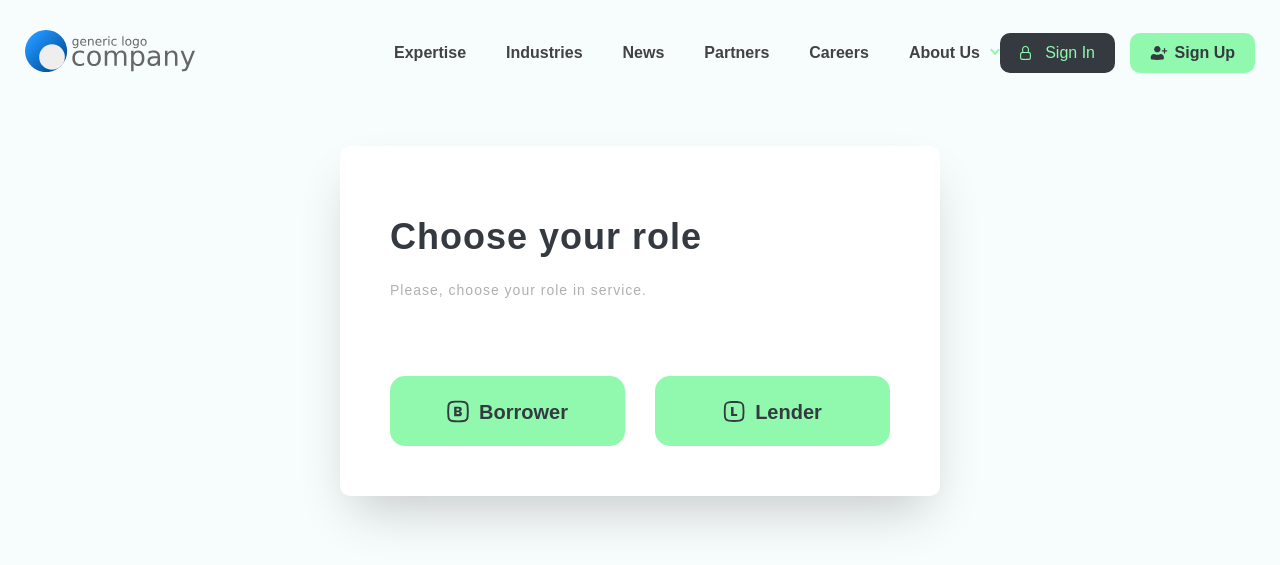
Repository: Andriy-Ma/widgetTask
Page: /
An editor plug-in stored every save of this project. The page is shown before and after the next save, followed by the edit.
The browser window is 1280 px wide. The pictures show the whole page.
The page's requests for data from a server got no answer. Some web fonts or font styles are not loaded; a fallback is used. The project was rebuilt for these pictures with package versions that can differ from the ones it lists, and the page was loaded fresh each time. No one was signed in, and anything a server would have sent is missing. Also part of the build but not shown: src/components/Main/SelectedRoleForm/selectedRoleForm.module.css, src/components/Main/SelectedRoleForm/selectedRoleForm.jsx, src/components/Main/AgreeForm/agreeForm.module.css, src/components/Main/AgreeForm/agreeForm.jsx.

Above is the page before, as saved 2022-08-30 14:58:28.

### public/index.html
<!DOCTYPE html>
<html lang="en">
  <head>
    <meta charset="utf-8" />
    <link rel="icon" href="%PUBLIC_URL%/favicon.ico" />
    <link rel="stylesheet" href="https://use.typekit.net/clw7fgu.css">
    <meta name="viewport" content="width=device-width, initial-scale=1">
    <link rel="stylesheet" href="https://cdnjs.cloudflare.com/ajax/libs/font-awesome/4.7.0/css/font-awesome.min.css">
    <meta name="theme-color" content="#000000" />
    <meta
      name="description"
      content="Web site created using create-react-app"
    />
    <link rel="apple-touch-icon" href="%PUBLIC_URL%/logo192.png" />
    <!--
      manifest.json provides metadata used when your web app is installed on a
      user's mobile device or desktop. See https://developers.google.com/web/fundamentals/web-app-manifest/
    -->
    <link rel="manifest" href="%PUBLIC_URL%/manifest.json" />
    <!--
      Notice the use of %PUBLIC_URL% in the tags above.
      It will be replaced with the URL of the `public` folder during the build.
      Only files inside the `public` folder can be referenced from the HTML.

      Unlike "/favicon.ico" or "favicon.ico", "%PUBLIC_URL%/favicon.ico" will
      work correctly both with client-side routing and a non-root public URL.
      Learn how to configure a non-root public URL by running `npm run build`.
    -->
    <title>React App</title>
  </head>
  <body>
    <noscript>You need to enable JavaScript to run this app.</noscript>
    <div id="root"></div>
    <!--
      This HTML file is a template.
      If you open it directly in the browser, you will see an empty page.

      You can add webfonts, meta tags, or analytics to this file.
      The build step will place the bundled scripts into the <body> tag.

      To begin the development, run `npm start` or `yarn start`.
      To create a production bundle, use `npm run build` or `yarn build`.
    -->
  </body>
</html>

### src/index.css
* {
  box-sizing: border-box;
  margin: 0;
  padding: 0;
}
body {
  font-family: 'Poppins', sans-serif;
  background-color: #f7fcfd;
  -webkit-font-smoothing: antialiased;
  -moz-osx-font-smoothing: grayscale;
}

### src/App.js
import React from 'react';
import styles from './App.module.css';
import Header from './components/Header/header';
import MainBlock from './components/Main/main';

function App() {
  return (
    <div className={styles.container}>
      <Header/>
      <MainBlock/>
    </div>
  );
}

export default App;

### src/App.module.css
.container {
    display: block;
    align-items: center;
    justify-content: center;
    padding-left: 15%;
    padding-right: 15%;
}

@media (max-width: 1800px) {
    .container {
        padding: 0% 10%;
    }
 }

@media (max-width: 1500px) {
    .container {
        padding: 0% 5%;
    }
 }
 @media (max-width: 1350px) {
    .container {
        padding: 0px 25px;
    }
 }
 @media (max-width: 1200px) {
    .container {
        padding: 0% 10%;
    }
 }

### src/components/Header/header.jsx
import React from 'react';
import Icon from './img/logo-generic';
import {ReactComponent as Lock} from './img/lock.svg';
import {ReactComponent as SignUp} from './img/signup.svg';
import styles from './header.module.css';

function Header() {
  return (
    <div className={styles.header}>
        <div className={styles.logo}>
          <a href="#home">
            <Icon/>
          </a>
        </div>
        <a href="menu" className={styles.icon} >
            <i class="fa fa-bars"></i>
          </a>
        <div className={styles.halfOfHeader}>
          <div className={styles.middleOfHeader}>
            <a href="#expertise">Expertise</a>
            <a href="#industries">Industries</a>
            <a href="#news">News</a>
            <a href="#partners">Partners</a>
            <a href="#careers">Careers</a>
            <a href="#aboutus" className={styles.aboutUs}>About Us</a>
          </div>
          <div className={styles.buttonsHeader}>
            <div className={styles.signin}>
              <Lock/>
              <p>Sign In</p>
            </div>
            <div className={styles.signup}>
              <SignUp/>
              <p>Sign Up</p>
            </div>
          </div>
        </div>
    </div>
  )
}

export default Header;

### src/components/Main/main.jsx
import React,{useState, useEffect} from 'react';
import styles from './main.module.css';
import ChooseForm from './ChooseForm/chooseForm';
import SelectedRoleForm from './SelectedRoleForm/selectedRoleForm';
import AgreeForm from './AgreeForm/agreeForm';

function MainBlock() {

  const [selectedRole, setSelectedRole] = useState('');
  const [showAgreeForm, setShowAgreeForm] = useState(false);
  const [initialText, setInitialText] = useState('');

  useEffect(() => {
    fetch('https://60c74df306f3160017d29000.mockapi.io/api/v1/tossource')
    .then((response) => {
      return response.json();
    })
    .then((data) => {
      const text = data.map(lorem => lorem.text);
      setInitialText(text[0]);
    });
  },[]);

  return (
    <div className={styles.container}>
        {
          !selectedRole ?
            <ChooseForm getRole={setSelectedRole}/>
          : showAgreeForm ?
            <AgreeForm
              showForm={setShowAgreeForm}
              text={initialText}
            />
          :
            <SelectedRoleForm
              role={selectedRole}
              getRole={setSelectedRole}
              showForm={setShowAgreeForm}
            />
        }
    </div>
  )
}

export default MainBlock;

### src/components/Header/img/logo-generic.jsx
import React from "react";

function Icon() {
  return (
    <svg
      xmlns="http://www.w3.org/2000/svg"
      version="1.1"
      viewBox="0 0 1425.8 353.74"
    >
      <defs>
        <linearGradient
          id="linearGradient5311"
          x1="-467.57"
          x2="-469.87"
          y1="-68.973"
          y2="488.43"
          gradientUnits="userSpaceOnUse"
        >
          <stop offset="0" stopColor="#2294fe"></stop>
          <stop offset="1" stopColor="#014f96"></stop>
        </linearGradient>
      </defs>
      <g transform="translate(364.43 8.482)">
        <g>
          <g fill="#666" transform="translate(-14.426 -21.336)">
            <path d="M145.49 192.37v19.095c-5.773-3.182-11.583-5.55-17.43-7.105a64.331 64.331 0 00-17.541-2.443c-13.248 0-23.536 4.22-30.863 12.657-7.327 8.363-10.991 20.13-10.991 35.304 0 15.172 3.663 26.977 10.991 35.415 7.327 8.363 17.615 12.545 30.863 12.545 5.92 0 11.768-.778 17.541-2.332 5.847-1.628 11.657-4.033 17.43-7.216v18.873a83.693 83.693 0 01-17.763 5.995c-6.07 1.332-12.545 1.998-19.428 1.998-18.725 0-33.601-5.884-44.629-17.652s-16.542-27.643-16.542-47.627c0-20.279 5.55-36.229 16.653-47.849 11.176-11.62 26.459-17.43 45.85-17.43 6.29 0 12.434.666 18.429 1.999a81.647 81.647 0 0117.43 5.772"></path>
            <path d="M228.98 201.92c-10.954 0-19.613 4.293-25.978 12.878-6.365 8.511-9.548 20.205-9.548 35.082 0 14.876 3.146 26.607 9.437 35.193 6.365 8.511 15.061 12.767 26.089 12.767 10.88 0 19.502-4.293 25.867-12.878 6.365-8.585 9.547-20.279 9.547-35.082 0-14.728-3.182-26.385-9.547-34.971-6.365-8.66-14.987-12.989-25.867-12.989m0-17.319c17.763 0 31.714 5.773 41.854 17.319s15.209 27.532 15.209 47.96c0 20.353-5.07 36.34-15.209 47.96-10.14 11.546-24.091 17.319-41.854 17.319-17.837 0-31.825-5.773-41.965-17.319-10.066-11.62-15.098-27.606-15.098-47.96 0-20.427 5.033-36.414 15.098-47.96 10.14-11.546 24.128-17.319 41.965-17.319"></path>
            <path d="M416.6 211.46c5.107-9.177 11.213-15.949 18.318-20.316 7.105-4.367 15.468-6.55 25.09-6.55 12.952 0 22.943 4.552 29.975 13.655 7.03 9.03 10.546 21.908 10.547 38.634v75.048h-20.538v-74.382c0-11.916-2.11-20.76-6.328-26.533-4.219-5.773-10.658-8.66-19.317-8.66-10.584 0-18.947 3.516-25.09 10.548-6.143 7.03-9.215 16.616-9.214 28.754v70.274h-20.538V237.55c0-11.99-2.11-20.834-6.328-26.533-4.22-5.773-10.732-8.66-19.54-8.66-10.435 0-18.724 3.553-24.867 10.658-6.143 7.031-9.215 16.58-9.215 28.643v70.274h-20.538v-124.34h20.538v19.317c4.663-7.623 10.251-13.248 16.764-16.875 6.513-3.626 14.247-5.44 23.203-5.44 9.03 0 16.69 2.295 22.981 6.883 6.365 4.59 11.065 11.25 14.099 19.983"></path>
            <path d="M560.7 293.28v65.945h-20.538v-171.63H560.7v18.873c4.293-7.401 9.695-12.878 16.209-16.431 6.587-3.627 14.432-5.44 23.536-5.44 15.098 0 27.347 5.995 36.747 17.985 9.473 11.99 14.21 27.755 14.21 47.294 0 19.54-4.737 35.304-14.21 47.294-9.4 11.99-21.649 17.985-36.747 17.985-9.104 0-16.949-1.776-23.536-5.329-6.513-3.626-11.916-9.14-16.209-16.542m69.497-43.408c0-15.024-3.109-26.792-9.326-35.304-6.143-8.585-14.617-12.878-25.423-12.878-10.806 0-19.317 4.293-25.534 12.878-6.143 8.512-9.214 20.28-9.214 35.304 0 15.024 3.071 26.83 9.214 35.415 6.217 8.512 14.728 12.767 25.534 12.767s19.28-4.255 25.423-12.767c6.217-8.585 9.326-20.39 9.326-35.415"></path>
            <path d="M741.77 249.43c-16.505 0-27.94 1.887-34.304 5.662-6.365 3.775-9.548 10.214-9.547 19.317 0 7.253 2.368 13.026 7.105 17.319 4.81 4.219 11.324 6.328 19.539 6.328 11.324 0 20.39-3.997 27.199-11.99 6.883-8.067 10.325-18.762 10.325-32.084v-4.552H741.77m40.744-8.437v70.94h-20.427V293.06c-4.663 7.549-10.473 13.137-17.43 16.764-6.958 3.552-15.47 5.329-25.534 5.329-12.73 0-22.87-3.553-30.42-10.658-7.475-7.18-11.212-16.764-11.212-28.754 0-13.988 4.662-24.535 13.988-31.64 9.4-7.106 23.388-10.658 41.965-10.658h28.643v-1.999c0-9.4-3.109-16.653-9.326-21.759-6.143-5.18-14.802-7.77-25.978-7.77-7.105 0-14.025.85-20.76 2.552-6.735 1.703-13.21 4.256-19.428 7.66v-18.872c7.475-2.887 14.728-5.033 21.76-6.44 7.03-1.48 13.876-2.22 20.537-2.22 17.985 0 31.418 4.663 40.3 13.988 8.88 9.326 13.321 23.462 13.321 42.41"></path>
            <path d="M928.5 236.89v75.048h-20.427v-74.382c0-11.768-2.295-20.575-6.883-26.422-4.589-5.847-11.472-8.77-20.65-8.77-11.027 0-19.723 3.515-26.088 10.547-6.365 7.03-9.548 16.616-9.548 28.754v70.274h-20.538v-124.34h20.538v19.317c4.885-7.476 10.621-13.063 17.208-16.764 6.661-3.7 14.321-5.551 22.981-5.551 14.284 0 25.09 4.44 32.417 13.322 7.327 8.807 10.991 21.797 10.991 38.967"></path>
            <path d="M1021.2 323.48c-5.773 14.802-11.398 24.461-16.875 28.976-5.477 4.515-12.804 6.772-21.981 6.772h-16.32v-17.097h11.99c5.625 0 9.992-1.332 13.1-3.996s6.55-8.956 10.325-18.873l3.664-9.326-50.291-122.34h21.648l38.856 97.252 38.856-97.252h21.648l-54.621 135.89"></path>
          </g>
          <g fill="#666" transform="translate(-416.34 -21.336)">
            <path d="M489.95 115.06c0-6.675-1.385-11.848-4.155-15.519-2.737-3.671-6.592-5.507-11.564-5.507-4.94 0-8.794 1.836-11.564 5.507-2.737 3.671-4.105 8.844-4.105 15.519 0 6.642 1.368 11.798 4.105 15.469 2.77 3.671 6.625 5.507 11.564 5.507 4.973 0 8.827-1.836 11.564-5.507 2.77-3.671 4.155-8.828 4.155-15.469m9.211 21.727c0 9.545-2.119 16.637-6.357 21.276-4.24 4.672-10.73 7.009-19.474 7.009-3.238 0-6.292-.25-9.162-.751a44.69 44.69 0 01-8.36-2.203v-8.961c2.703 1.468 5.373 2.553 8.01 3.254 2.636.7 5.323 1.051 8.06 1.051 6.04 0 10.563-1.585 13.567-4.756 3.004-3.137 4.505-7.893 4.505-14.268v-4.555c-1.902 3.304-4.338 5.774-7.309 7.409-2.97 1.635-6.524 2.453-10.663 2.453-6.875 0-12.415-2.62-16.62-7.86-4.206-5.24-6.308-12.182-6.308-20.826 0-8.677 2.102-15.636 6.307-20.876 4.206-5.24 9.746-7.86 16.621-7.86 4.139 0 7.693.818 10.663 2.454 2.97 1.635 5.407 4.105 7.31 7.409v-8.51h9.21v49.11"></path>
            <path d="M566.09 113.41v4.506h-42.352c.4 6.34 2.303 11.18 5.707 14.518 3.438 3.304 8.21 4.956 14.318 4.956 3.538 0 6.959-.434 10.263-1.302 3.337-.868 6.642-2.17 9.912-3.905v8.711a55.24 55.24 0 01-10.163 3.204 50.9 50.9 0 01-10.563 1.102c-8.944 0-16.037-2.604-21.276-7.81-5.206-5.207-7.81-12.248-7.81-21.126 0-9.178 2.47-16.454 7.41-21.827 4.973-5.407 11.664-8.11 20.075-8.11 7.542 0 13.5 2.436 17.872 7.309 4.405 4.84 6.608 11.43 6.608 19.774m-9.211-2.703c-.067-5.04-1.486-9.062-4.256-12.065-2.736-3.004-6.374-4.506-10.914-4.506-5.14 0-9.261 1.452-12.365 4.355-3.07 2.904-4.839 6.992-5.306 12.265l32.84-.05"></path>
            <path d="M627.62 109.9v33.842h-9.211v-33.541c0-5.306-1.035-9.278-3.104-11.915-2.07-2.636-5.173-3.955-9.312-3.955-4.973 0-8.894 1.585-11.765 4.756-2.87 3.17-4.305 7.493-4.305 12.966v31.689h-9.261V87.673h9.261v8.71c2.203-3.37 4.79-5.89 7.76-7.558 3.003-1.67 6.458-2.503 10.363-2.504 6.44 0 11.314 2.003 14.618 6.008 3.304 3.971 4.956 9.829 4.956 17.572"></path>
            <path d="M694.05 113.41v4.506h-42.352c.4 6.34 2.303 11.18 5.707 14.518 3.438 3.304 8.21 4.956 14.318 4.956 3.538 0 6.959-.434 10.263-1.302 3.337-.868 6.642-2.17 9.912-3.905v8.711a55.24 55.24 0 01-10.163 3.204 50.9 50.9 0 01-10.563 1.102c-8.944 0-16.037-2.604-21.276-7.81-5.206-5.207-7.81-12.248-7.81-21.126 0-9.178 2.47-16.454 7.41-21.827 4.973-5.407 11.664-8.11 20.075-8.11 7.543 0 13.5 2.436 17.872 7.309 4.405 4.84 6.608 11.43 6.608 19.774m-9.211-2.703c-.067-5.04-1.486-9.062-4.256-12.065-2.736-3.004-6.374-4.506-10.913-4.506-5.14 0-9.261 1.452-12.365 4.355-3.07 2.904-4.839 6.992-5.306 12.265l32.84-.05"></path>
            <path d="M741.46 96.286a11.624 11.624 0 00-3.404-1.302c-1.202-.3-2.537-.45-4.005-.45-5.207 0-9.212 1.702-12.015 5.106-2.77 3.371-4.155 8.227-4.155 14.568v29.537h-9.262V87.676h9.262v8.71c1.935-3.403 4.455-5.923 7.56-7.558 3.103-1.67 6.874-2.503 11.313-2.503.634 0 1.335.05 2.103.15.767.067 1.618.183 2.553.35l.05 9.462"></path>
            <path d="M751.22 87.676h9.211v56.069h-9.211V87.676m0-21.827h9.211v11.664h-9.211V65.849"></path>
            <path d="M820.01 89.828v8.61c-2.603-1.434-5.223-2.502-7.86-3.203a29.012 29.012 0 00-7.91-1.102c-5.974 0-10.613 1.903-13.917 5.707-3.304 3.772-4.956 9.078-4.956 15.92 0 6.842 1.652 12.165 4.957 15.97 3.304 3.772 7.943 5.657 13.917 5.657 2.67 0 5.306-.35 7.91-1.051 2.636-.734 5.256-1.819 7.859-3.254v8.51a37.736 37.736 0 01-8.01 2.704c-2.737.6-5.657.9-8.76.9-8.445 0-15.153-2.652-20.126-7.959-4.973-5.306-7.459-12.465-7.459-21.477 0-9.144 2.503-16.337 7.51-21.577 5.039-5.24 11.93-7.86 20.675-7.86 2.837 0 5.607.3 8.31.902a36.82 36.82 0 017.86 2.603"></path>
            <path d="M868.57 65.849h9.211v77.896h-9.211V65.849"></path>
            <path d="M918.73 94.134c-4.94 0-8.844 1.936-11.714 5.807-2.87 3.838-4.305 9.111-4.305 15.82s1.418 11.998 4.255 15.87c2.87 3.838 6.792 5.757 11.765 5.757 4.906 0 8.794-1.935 11.664-5.807 2.87-3.871 4.305-9.144 4.305-15.82 0-6.641-1.435-11.898-4.305-15.769-2.87-3.905-6.758-5.857-11.664-5.857m0-7.81c8.01 0 14.301 2.604 18.873 7.81 4.572 5.206 6.858 12.415 6.859 21.627 0 9.178-2.287 16.387-6.859 21.627-4.572 5.206-10.863 7.81-18.873 7.81-8.043 0-14.351-2.604-18.923-7.81-4.539-5.24-6.808-12.45-6.808-21.627 0-9.211 2.27-16.42 6.808-21.627 4.572-5.206 10.88-7.81 18.923-7.81"></path>
            <path d="M996.58 115.06c0-6.675-1.385-11.848-4.155-15.519-2.737-3.671-6.592-5.507-11.564-5.507-4.94 0-8.794 1.836-11.564 5.507-2.737 3.671-4.105 8.844-4.105 15.519 0 6.642 1.368 11.798 4.105 15.469 2.77 3.671 6.625 5.507 11.564 5.507 4.973 0 8.828-1.836 11.564-5.507 2.77-3.671 4.155-8.828 4.155-15.469m9.211 21.727c0 9.545-2.119 16.637-6.357 21.276-4.24 4.672-10.73 7.009-19.474 7.009-3.238 0-6.292-.25-9.162-.751a44.69 44.69 0 01-8.36-2.203v-8.961c2.703 1.468 5.373 2.553 8.01 3.254 2.636.7 5.323 1.051 8.06 1.051 6.04 0 10.563-1.585 13.567-4.756 3.003-3.137 4.505-7.893 4.505-14.268v-4.555c-1.902 3.304-4.338 5.774-7.309 7.409-2.97 1.635-6.524 2.453-10.663 2.453-6.875 0-12.415-2.62-16.62-7.86-4.206-5.24-6.308-12.182-6.308-20.826 0-8.677 2.102-15.636 6.307-20.876 4.206-5.24 9.746-7.86 16.621-7.86 4.139 0 7.693.818 10.663 2.454 2.97 1.635 5.407 4.105 7.31 7.409v-8.51h9.21v49.11"></path>
            <path d="M1046.5 94.134c-4.94 0-8.844 1.936-11.714 5.807-2.87 3.838-4.305 9.111-4.305 15.82s1.418 11.998 4.255 15.87c2.87 3.838 6.792 5.757 11.765 5.757 4.906 0 8.794-1.935 11.664-5.807 2.87-3.871 4.305-9.144 4.305-15.82 0-6.641-1.435-11.898-4.305-15.769-2.87-3.905-6.758-5.857-11.664-5.857m0-7.81c8.01 0 14.3 2.604 18.873 7.81 4.572 5.206 6.858 12.415 6.858 21.627 0 9.178-2.286 16.387-6.858 21.627-4.572 5.206-10.864 7.81-18.873 7.81-8.043 0-14.351-2.604-18.924-7.81-4.539-5.24-6.808-12.45-6.808-21.627 0-9.211 2.269-16.42 6.808-21.627 4.572-5.206 10.88-7.81 18.924-7.81"></path>
          </g>
          <g transform="rotate(-45 269.773 885.347) scale(.61927)">
            <path
              fill="url(#linearGradient5311)"
              d="M-184.26 202.82c0 157.74-127.87 285.61-285.61 285.61s-285.61-127.87-285.61-285.61S-627.61-82.79-469.87-82.79s285.61 127.87 285.61 285.61z"
              transform="translate(1202 -114.01)"
            ></path>
            <path
              fill="#eee"
              d="M-184.26 202.82c0 157.74-127.87 285.61-285.61 285.61s-285.61-127.87-285.61-285.61S-627.61-82.79-469.87-82.79s285.61 127.87 285.61 285.61z"
              transform="translate(1018.2 79.03) scale(.60887)"
            ></path>
          </g>
        </g>
      </g>
    </svg>
  );
}

export default Icon;

### src/components/Header/header.module.css
.logo {
    display: block;
    min-width: 170px;
}
.header {
    display: flex;
    justify-content: space-between;
    align-items: center;
    padding-top: 30px;
}
.halfOfHeader{
    display: flex;
    justify-content: space-between;
    align-items: center;
}
.middleOfHeader {
    display: flex;
    justify-content: space-between;
    align-items: center;
    text-decoration: none;
}
.middleOfHeader a {
    display: block;
    color: #424242;
    text-align: center;
    padding: 0px 25px;
    text-decoration: none;
    font-size: 16px;
    font-weight: 600;
}
.icon{
    display: none;
    color: #252a2e;
    transform: scale(1.5);
}
.middleOfHeader a:hover {
    color: #1b1a1a;
}
.aboutUs{
    position: relative;
}
.aboutUs::after{
    content: '';
    border-left: 2px solid #90F9AD;
    border-top: 2px solid #90F9AD;
    width: 5px;
    height: 5px;
    float: right;
    transform: translate(50%, -50%) rotate(-135deg);
    position: absolute;
    top: 6px;
    right: 10px;
}
.buttonsHeader {
    display: flex;
    justify-content: space-between;
    align-items: center;
}
.buttonsHeader:hover {
    cursor: pointer;
}
.signin {
    display: flex;
    justify-content: space-between;
    align-items: center;
    color: #90F9AD;
    background-color: #343A40;
    font-weight: 500;
    padding: 0px 20px;
    border-radius: 10px;
    width: 115px;
    height: 40px;
    margin-right: 15px;
}
.signin:hover {
    background-color: #252a2e;
}
.signup {
    display: flex;
    justify-content: space-between;
    align-items: center;
    color: #343A40;
    background-color: #90F9AD;
    font-weight: 600;
    padding: 0px 20px;
    border-radius: 10px;
    width: 125px;
    height: 40px;
}
.signup:hover {
    background-color: #3df370;
}
@media screen and (max-width: 1300px) {
    .middleOfHeader {
        margin-left: 50px;
    }
    .middleOfHeader a {
        padding: 0px 20px;
    }
    .aboutUs::after{
        right: 5px;
    }
 }

 @media screen and (max-width: 1200px) {
    .middleOfHeader{
        display: none;
    }
    .buttonsHeader{
        display: none;
    }
    .icon{
        display: block;
    }
  }

### src/components/Main/main.module.css
.container{
    width: 100%;
    display: flex;
    justify-content: center;
}

### src/components/Main/ChooseForm/chooseForm.jsx
import React from 'react';
import styles from './chooseForm.module.css';
import {ReactComponent as Borrower} from '../img/borrower.svg';
import {ReactComponent as Lender} from '../img/lender.svg';

const roles = ['Borrower', 'Lender'];

function ChooseForm({getRole}) {

  return (
    <>
    <div className={styles.form}>
      <div>
        <p className={styles.mainText}>Choose your role</p>
        <p className={styles.underText}>Please, choose your role in service.</p>
      </div>
      <div className={styles.buttonsChooseForm}>
      {
        roles.map(role =>
            <div className={styles.role} key={role} onClick={() => getRole(role)}>
              {role === 'Borrower' ? <Borrower/> : <Lender/>}
              <p className={styles.buttonText}>{role}</p>
            </div>
        )
      }
      </div>
    </div>

    </>
  )
}

export default ChooseForm;

### src/components/Main/ChooseForm/chooseForm.module.css
.form{
    width: 600px;
    height: 350px;
    padding: 50px;
    background-color: #fff;
    margin-top: 70px;
    border-radius: 10px;
    box-shadow: 0px 25px 49px -12px rgba(0,0,0,0.2);
    display: flex;
    flex-direction: column;
    justify-content: space-between;
}
.agreeForm{
    width: 600px;
    height: 700px;
    padding: 50px;
    background-color: #fff;
    margin-top: 70px;
    border-radius: 10px;
    box-shadow: 0px 25px 49px -12px rgba(0,0,0,0.2);
    display: flex;
    flex-direction: column;
    position: relative;
}
.mainText{
    margin-top: 20px;
    font-size: 36px;
    font-weight: 800;
    color: #343A40;
    letter-spacing: 1px;
}
.underText{
    margin-top: 20px;
    font-size: 14px;
    font-weight: 500;
    color: #343A40;
    opacity: .4;
    letter-spacing: 1px;
    line-height: 25px;
}
.buttonsChooseForm {
    display: flex;
    justify-content: space-between;
    align-items: center;
    font-size: 20px;
}
.buttonsChooseForm:hover {
    cursor: pointer;
}
.role {
    display: flex;
    justify-content: center;
    align-items: center;
    color: #343A40;
    background-color: #90F9AD;
    font-weight: 800;
    padding: 0px 20px;
    border-radius: 15px;
    width: 47%;
    height: 70px;
}
.role:hover {
    background-color: #3df370;
}
.buttonText{
    padding-top: 3px;
    padding-left: 10px;
}
.check {
    display: flex;
    justify-content: center;
    align-items: center;
    color: #fff;
    background-color: #343A40;
    opacity: .2;
    font-weight: 800;
    padding: 0px 15px;
    margin-top: 50px;
    border-radius: 15px;
    width: 30%;
    height: 60px;
}
.check:hover {
    background-color: #3df370;
}
.checkActive {
    display: flex;
    justify-content: center;
    align-items: center;
    color: #343A40;
    background-color: #90F9AD;
    font-weight: 800;
    padding: 0px 15px;
    margin-top: 50px;
    border-radius: 15px;
    width: 30%;
    height: 60px;
}
.checkActive:hover {
    background-color: #3df370;
}
.checkText{
    padding-top: 3px;
    padding-left: 10px;
}
.checkIcon{
    fill: #fff;
}
.cancelButton{
    display: flex;
    justify-content: center;
    align-items: center;
    color: #343A40;
    background-color: #f2f2f2a9;
    font-weight: 800;
    padding: 0px 20px;
    border-radius: 15px;
    width: 30%;
    height: 70px;
}
.closeButton{
    position: absolute;
    top: 25px;
    right: 25px;
    transform: scale(1.3);
}
.closeButton:hover{
    fill: rgb(185, 36, 36);
    cursor: pointer;
}
.scrollText{
    height: 300px;
    margin-top: 50px;
    overflow-Y: auto;
    padding-right: 20px;
    width: '100%';
    position: relative;
}
.scrollText::-webkit-scrollbar{
    width: 5px;
}
.scrollText::-webkit-scrollbar-thumb{
    background: #90F9AD;
    border-radius: 5px;
}
.scrollText::-webkit-scrollbar-thumb:hover{
    background: #3df370;

}
.scroll{
    position: relative;
}
.scroll::after {
    content: '';
    position: absolute;
    bottom: 0;
    width: 400px;
    height: 50px;
    background: linear-gradient(rgba(255, 255, 255, 0.001), white); /* transparent keyword is broken in Safari */
}

Loaded but not shown: src/index.js (common file)

After the next save:
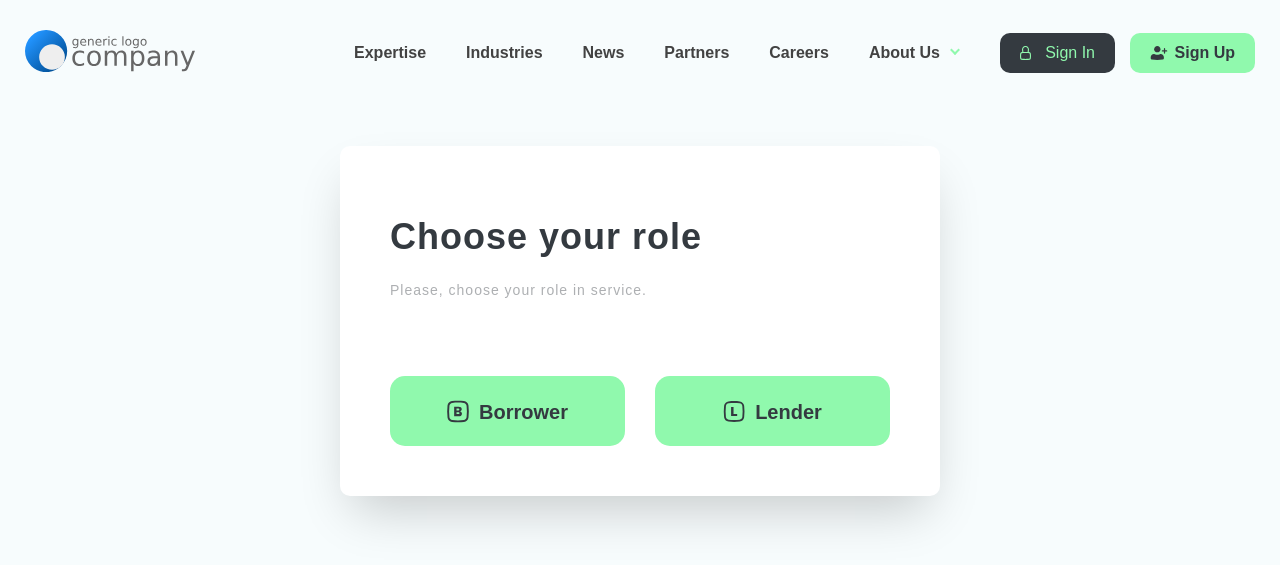
Saved 2 min 40 s later.
--- a/src/components/Header/header.module.css
+++ b/src/components/Header/header.module.css
@@ -18,6 +18,7 @@
     justify-content: space-between;
     align-items: center;
     text-decoration: none;
+    margin-right: 40px;
 }
 .middleOfHeader a {
     display: block;
